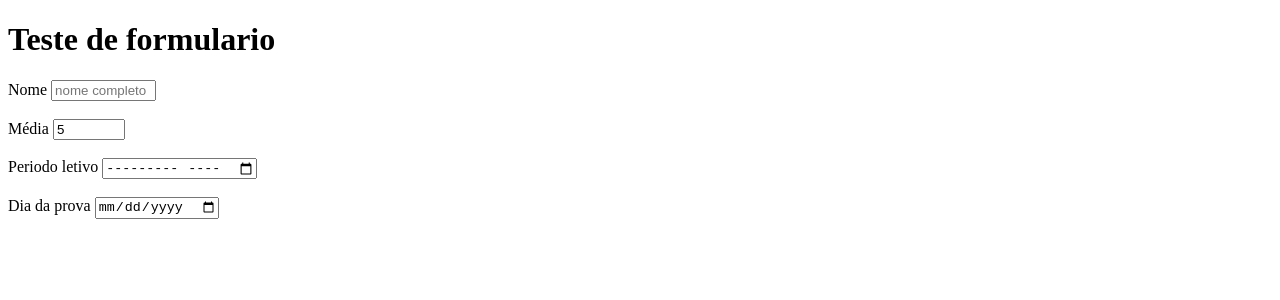
Repository: Lucianorodriguesdev/cursoHTML-CSS
Page: ex025/form003.html
The author's editor kept a copy of each file at every save. The page is drawn from the files as they stood at one save, then again after the next save.
The browser window is 1280 px wide. The pictures show the whole page.

Above is the page before, as saved 2026-07-07 23:27:45.

After the next save:
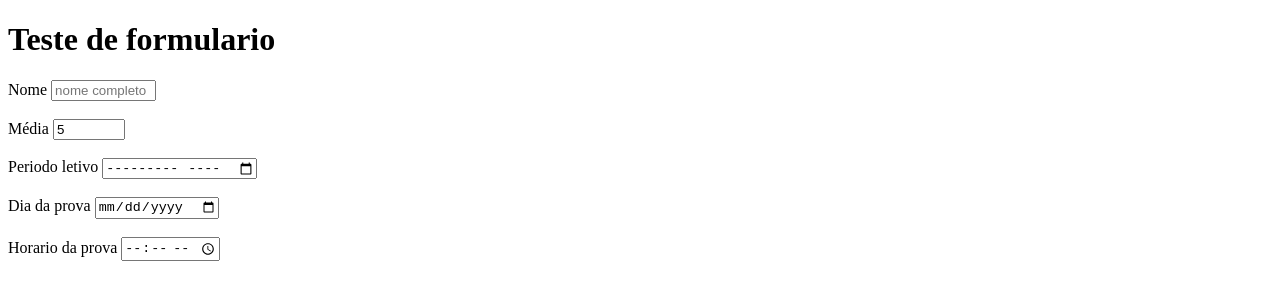
Saved 81 s later.
--- a/ex025/form003.html
+++ b/ex025/form003.html
@@ -19,6 +19,9 @@
 <br><br>
         <label for="idia">Dia da prova</label>
         <input type="date" name="dia" id="idia">
+        <br><br>
+        <label for="ihora">Horario da prova</label>
+        <input type="time" name="hora" id="ihora">
    </form>
 </body>
 </html>
